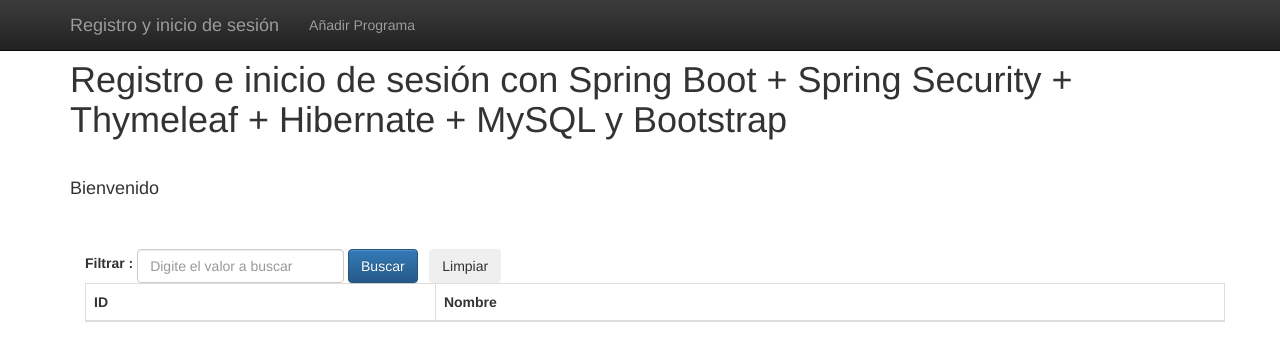
Repository: AndresBR2003/Proyecto-Integrador
Page: http://localhost/index
The author's editor kept a copy of each file at every save. The page is drawn from the files as they stood at one save, then again after the next save.
The browser window is 1280 px wide. The pictures show the whole page.
The page is this project's Thymeleaf template; nobody is signed in. The template is opened directly, without the code that normally fills it, so the values that code supplies are empty.

Above is the page before, as saved 2023-10-14 21:25:13.
Console error (its wording comes from the project's code and is left out).

After the next save:
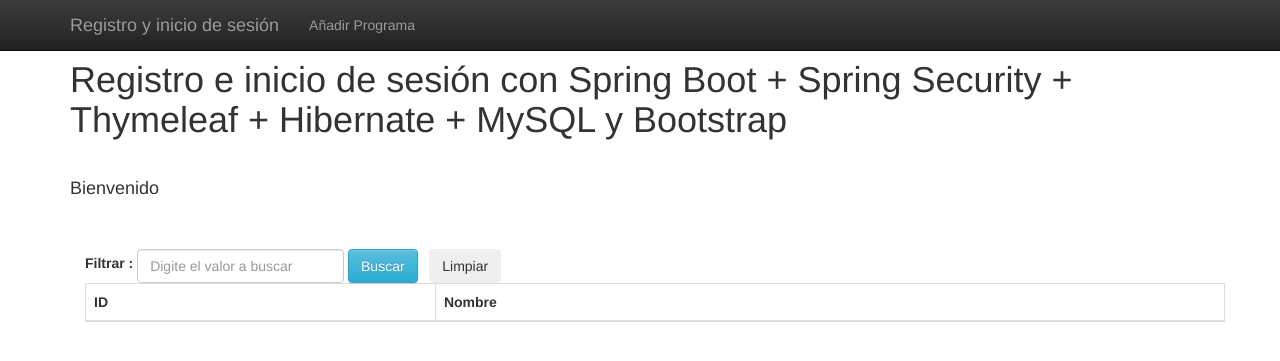
Saved 32 s later.
--- a/UnidosPorUnPerúMejor/src/main/resources/templates/index.html
+++ b/UnidosPorUnPerúMejor/src/main/resources/templates/index.html
@@ -64,7 +64,7 @@
 				<div class="form-group mx-sm-3 mb-2">
 					<input type="text" name="palabraClave" class="form-control" id="palabraClave" th:value="${palabraClave}" placeholder="Digite el valor a buscar" required>
 				</div>
-				<input type="submit" class="btn btn-primary bm-2" value="Buscar">
+				<input type="submit" class="btn btn-info bm-2" value="Buscar">
 				&nbsp;
 				<input type="submit" class="btn btn-secondary bm-2" value="Limpiar">
 			</form>
